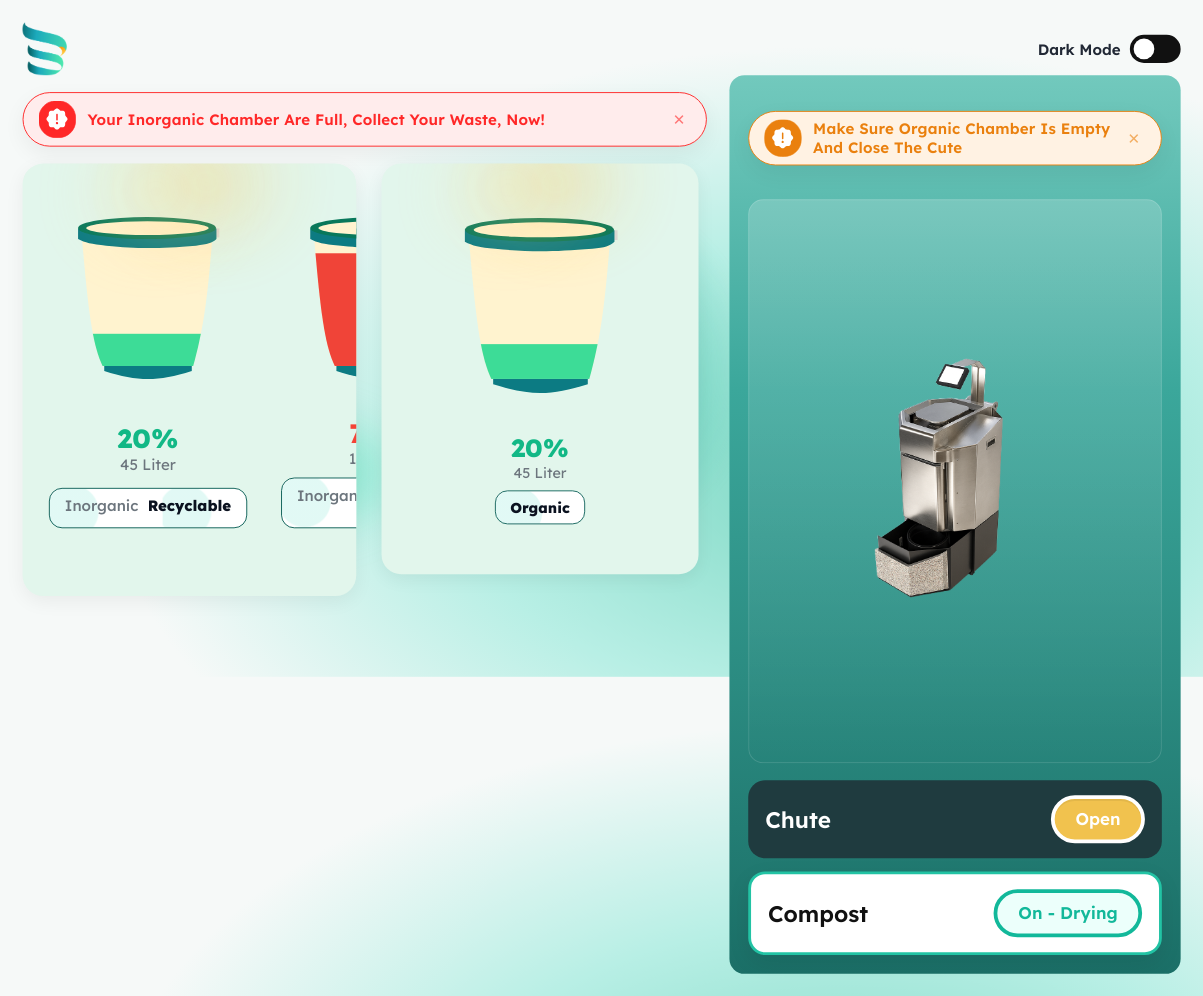
Repository: william-saputra/nusabin
Page: pages/homepage.html
These files come from the project's save history. The page is drawn as it stood at one moment and after the next save; the edit follows.
The browser window is 1280 px wide. The pictures show the whole page, at 94% of full size.
Backgrounds fixed to the window are drawn as part of the page.

Above is the page before, as saved 2025-08-12 23:39:10.

After the next save:
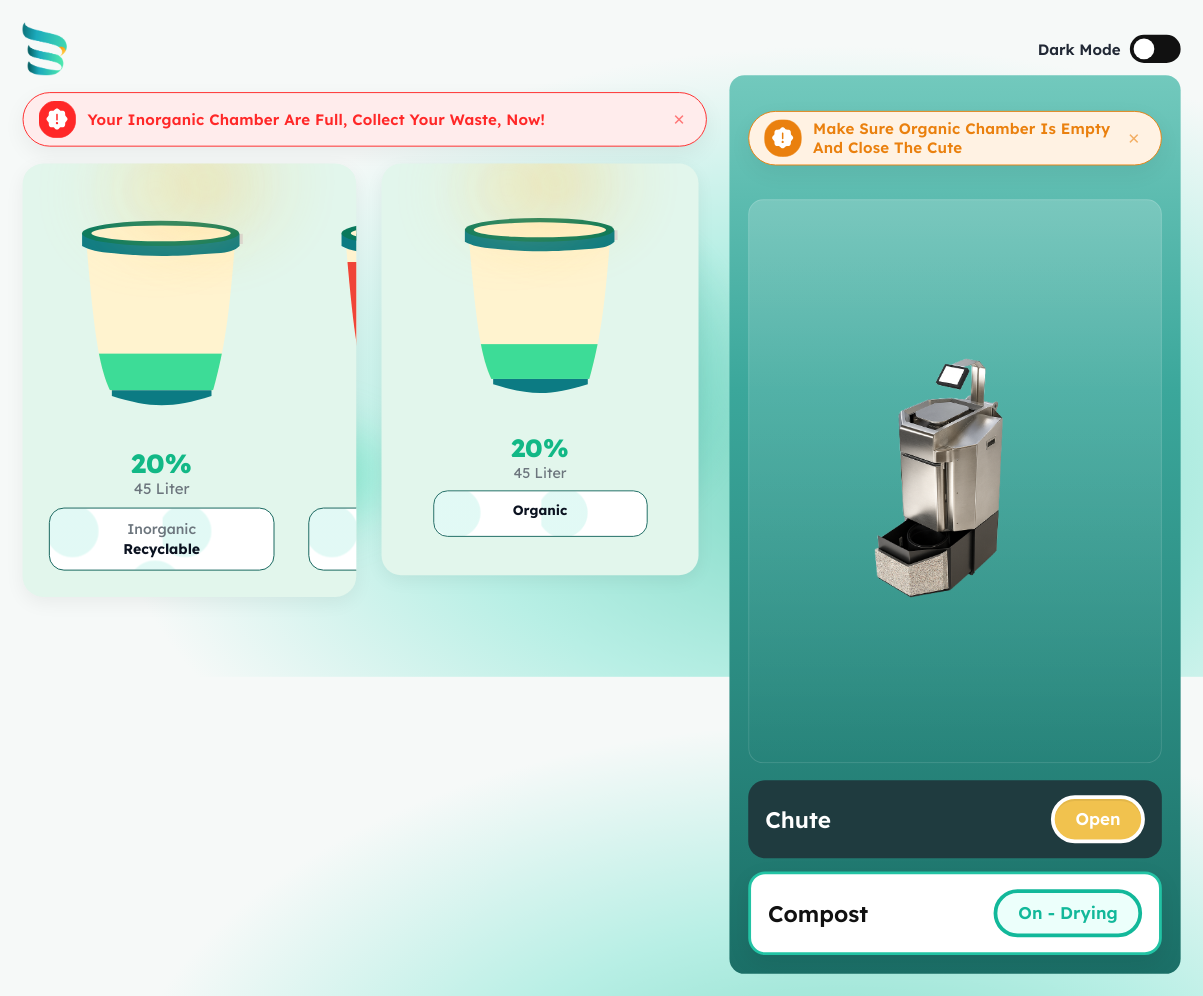
Saved 2 min 30 s later.
--- a/styles/base.css
+++ b/styles/base.css
@@ -66,9 +66,9 @@ input:checked + .slider:before { transform: translateX(24px); }
 .bucket-metrics .percent.danger { color: #F44336; }
 .bucket-metrics .liter { color: #6C757D; font-size: 16px; }
 
-.chip { display: inline-flex; align-items: baseline; gap: 10px; padding: 10px 16px; border-radius: 14px; background: #fff; border: 1.5px solid #0B5F57; font-size: 16px; line-height: 1; min-height: 36px; }
+.chip { display: inline-flex; flex-direction: column; align-items: center; gap: 4px; padding: 14px 22px; border-radius: 16px; background: #fff; border: 1.5px solid #0B5F57; font-size: 16px; line-height: 1.1; min-height: 52px; min-width: 240px; }
 .chip span { color: #6C757D; font-weight: 500; }
-.chip strong { font-weight: 800; }
+.chip strong { font-weight: 700; }
 .chip-positive strong { color: #12B886; }
 .chip-negative strong { color: #F44336; }
 .chip {
@@ -76,6 +76,8 @@ input:checked + .slider:before { transform: translateX(24px); }
                     radial-gradient(circle at 80% 60%, rgba(13, 207, 173, 0.12) 0 20%, rgba(13, 207, 173, 0) 21%);
   background-size: 120px 120px, 140px 140px;
 }
+
+.chip-2line { font-size: 15px; }
 
 .right-panel { display: grid; grid-template-rows: 1fr auto; gap: 18px; }
 .right-panel { background: linear-gradient(180deg, #72c9bd 0%, #3ba79b 35%, #1b6f67 100%); padding: 20px; border-radius: 16px; }
